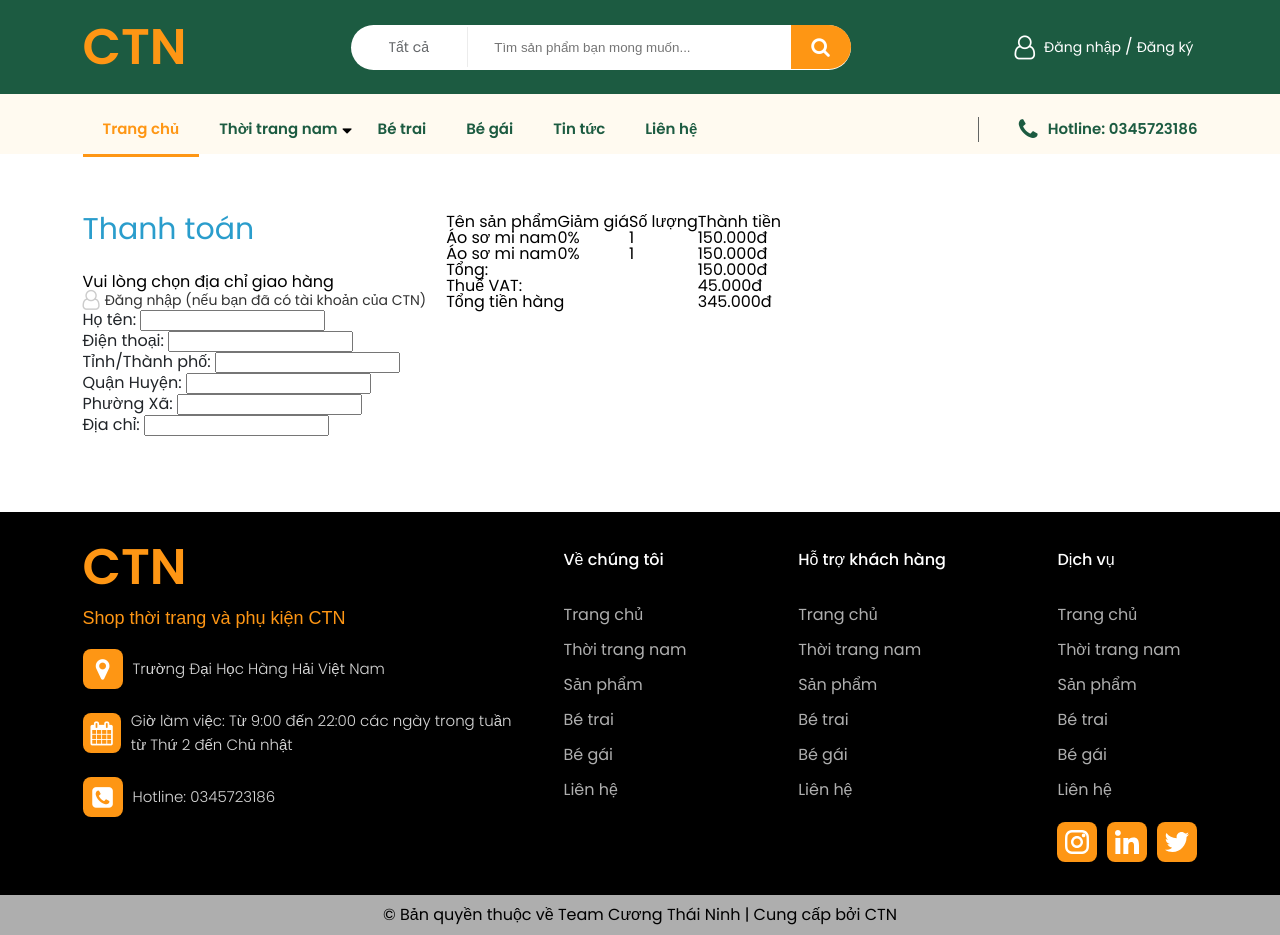
Repository: cuongchua2k2/BaiTapLon-web
Page: deliver.html
These files come from the project's save history. The page is drawn as it stood at one moment and after the next save; the edit follows.
The browser window is 1280 px wide. The pictures show the whole page.

Above is the page before, as saved 2023-12-23 14:22:12.
Console error: TypeError: Cannot read properties of null (reading 'style')

### deliver.html
<!DOCTYPE html>
<html lang="en">
  <head>
    <meta charset="UTF-8" />
    <meta name="viewport" content="width=device-width, initial-scale=1.0" />
    <!-- reset css -->
    <link rel="stylesheet" href="./assets/css/reset.css" />
    <!-- style css -->
    <link rel="stylesheet" href="./assets/css/style.css" />
    <!-- icon -->
    <link
      rel="stylesheet"
      href="https://cdnjs.cloudflare.com/ajax/libs/font-awesome/4.7.0/css/font-awesome.min.css"
    />
    <!-- font  -->
    <link rel="stylesheet" href="./assets/font/stylesheet.css" />
    <title>Bài tập lớn - shop bán quần áo</title>
    <script src="./assets/javascript/app.js"></script>
  </head>
  <body>
    <!-- header -->
    <div id="home"></div>
    <header>
      <div id="header">
        <div class="content">
          <!-- header-nav -->
          <div class="nav">
            <div class="nav__logo">
              <a href="./index.html"><span class="logo__content">CTN</span></a>
            </div>
            <!-- search -->
            <div class="nav__search">
              <p class="nav__desc">Tất cả</p>
              <input
                type="text"
                class="nav__txtsearch"
                placeholder="Tìm sản phẩm bạn mong muốn..."
              />
              <button class="nav__btn--search">
                <i class="fa fa-search" style="font-size: 20px"></i>
              </button>
            </div>
            <!-- login -->
            <div class="login">
              <i
                class="fa fa-user-o"
                style="font-size: 24px; color: #fff; margin-right: 5px"
              ></i>
              <a href="#!" class="btn btn-login">Đăng nhập</a>
              <span style="color: #fff">/</span>
              <a href="#!" class="btn btn-create">Đăng ký</a>
            </div>
          </div>
        </div>
      </div>
      <!-- navbar -->
      <div class="navbar">
        <div class="content navbar__content">
          <ul class="navbar__lv1">
            <li>
              <a href="./index.html" class="active lv1__item">Trang chủ</a>
            </li>
            <li class="lv2">
              <a href="#!" class="lv1__item">Thời trang nam</a>
              <i class="fa fa-sort-desc arrow"></i>
              <ul class="navbar__lv2">
                <li>
                  <a href="#!" class="lv1__item">Sơ mi nam</a>
                </li>
                <li>
                  <a href="#!" class="lv1__item">Quần âu nam</a>
                </li>
                <li>
                  <a href="#!" class="lv1__item">Quần short nam</a>
                </li>
              </ul>
            </li>
            <li>
              <a href="#!" class="lv1__item">Bé trai</a>
            </li>
            <li>
              <a href="#!" class="lv1__item">Bé gái</a>
            </li>
            <li>
              <a href="#!" class="lv1__item">Tin tức</a>
            </li>
            <li>
              <a href="#!" class="lv1__item">Liên hệ</a>
            </li>
          </ul>
          <div class="horizontal"></div>
          <a href="tel:0345723186" class="hotline">
            <i class="fa fa-phone" style="font-size: 24px; color: #1c5b41"></i>
            <span class="hotline__desc">Hotline: 0345723186</span>
          </a>
        </div>
      </div>
    </header>
    <!-- main delivery -->
    <main>
      <div class="delivery">
        <div class="content">
          <!-- left -->
          <div class="delivery__left">
            <h1 class="delivery__title">Thanh toán</h1>
            <p class="delivery__desc">Vui lòng chọn địa chỉ giao hàng</p>
            <div class="login">
              <i
                class="fa fa-user-o"
                style="font-size: 20px; color: #ccc; margin-right: 5px"
              ></i>
              <a href="#!" class="btn delivery__login"
                >Đăng nhập (nếu bạn đã có tài khoản của CTN)</a
              >
            </div>
            <div class="delivery__address">
              <!-- item 1 -->
              <div class="delivery__address__item">
                <label for="">Họ tên:</label>
                <input type="text" />
              </div>
              <!-- item 2 -->
              <div class="delivery__address__item">
                <label for="">Điện thoại:</label>
                <input type="text" />
              </div>
              <!-- item 3 -->
              <div class="delivery__address__item">
                <label for="">Tỉnh/Thành phố:</label>
                <input type="text" />
              </div>
              <!-- item 4 -->
              <div class="delivery__address__item">
                <label for="">Quận Huyện:</label>
                <input type="text" />
              </div>
              <!-- item 5 -->
              <div class="delivery__address__item">
                <label for="">Phường Xã:</label>
                <input type="text" />
              </div>
              <!-- item 6 -->
              <div class="delivery__address__item">
                <label for="">Địa chỉ:</label>
                <input type="text" />
              </div>
            </div>
            <!-- quay lại giỏ hàng -->
            <div class="delivery__cta">
              <a href="" class="btn back__cart">&lt;&lt;Quay lại giỏ hàng</a>
              <a href="" class="btn delivery__buy">Thanh toán và giao hàng</a>
            </div>
          </div>
          <!-- .delivery right -->
          <div class="delivery__right">
            <table>
              <tr>
                <th>Tên sản phẩm</th>
                <th>Giảm giá</th>
                <th>Số lượng</th>
                <th>Thành tiền</th>
              </tr>
              <tr>
                <td>Áo sơ mi nam</td>
                <td>0%</td>
                <td>1</td>
                <td>150.000<sub>đ</sub></td>
              </tr>
              <tr>
                <td>Áo sơ mi nam</td>
                <td>0%</td>
                <td>1</td>
                <td>150.000<sub>đ</sub></td>
              </tr>
              <tr>
                <td colspan="3">Tổng:</td>
                <td>150.000<sub>đ</sub></td>
              </tr>
              <tr>
                <td colspan="3">Thuế VAT:</td>
                <td>45.000<sub>đ</sub></td>
              </tr>
              <tr>
                <td colspan="3">Tổng tiền hàng</td>
                <td>345.000<sub>đ</sub></td>
              </tr>
            </table>
          </div>
        </div>
      </div>
    </main>
    <!-- footer -->
    <footer>
      <div class="footer-body">
        <div class="content footer__content">
          <div class="footer__left">
            <div class="nav__logo">
              <a href="./index.html"><span class="logo__content">CTN</span></a>
            </div>
            <p class="logo__desc">Shop thời trang và phụ kiện CTN</p>
            <div class="info-shop">
              <!-- location -->
              <i
                class="fa fa-map-marker info__icon"
                style="font-size: 24px"
              ></i>
              <span class="info-shop__desc"
                >Trường Đại Học Hàng Hải Việt Nam</span
              >
            </div>
            <!-- work time -->
            <div class="info-shop">
              <i class="fa fa-calendar info__icon" style="font-size: 24px"></i>
              <span class="info-shop__desc"
                >Giờ làm việc: Từ 9:00 đến 22:00 các ngày trong tuần từ Thứ 2
                đến Chủ nhật</span
              >
            </div>
            <!-- hotline -->
            <div class="info-shop">
              <i
                class="fa fa-phone-square info__icon"
                style="font-size: 24px"
              ></i>
              <a href="tel:0345723186" class="info-shop__desc"
                >Hotline: 0345723186</a
              >
            </div>
          </div>
          <div class="footer__right">
            <!-- menu 1 -->
            <ul class="menu">
              <li class="menu__title">Về chúng tôi</li>
              <li class="menu__item">
                <a href="./index.html">Trang chủ</a>
              </li>
              <li class="menu__item">
                <a href="#!">Thời trang nam</a>
              </li>
              <li class="menu__item">
                <a href="#!">Sản phẩm</a>
              </li>
              <li class="menu__item">
                <a href="#!">Bé trai</a>
              </li>
              <li class="menu__item">
                <a href="#!">Bé gái</a>
              </li>
              <li class="menu__item">
                <a href="#!">Liên hệ</a>
              </li>
            </ul>
            <!-- menu 2 -->
            <ul class="menu">
              <li class="menu__title">Hỗ trợ khách hàng</li>
              <li class="menu__item">
                <a href="./index.html">Trang chủ</a>
              </li>
              <li class="menu__item">
                <a href="#!">Thời trang nam</a>
              </li>
              <li class="menu__item">
                <a href="#!">Sản phẩm</a>
              </li>
              <li class="menu__item">
                <a href="#!">Bé trai</a>
              </li>
              <li class="menu__item">
                <a href="#!">Bé gái</a>
              </li>
              <li class="menu__item">
                <a href="#!">Liên hệ</a>
              </li>
            </ul>
            <!-- menu 3 -->
            <ul class="menu">
              <li class="menu__title">Dịch vụ</li>
              <li class="menu__item">
                <a href="./index.html">Trang chủ</a>
              </li>
              <li class="menu__item">
                <a href="#!">Thời trang nam</a>
              </li>
              <li class="menu__item">
                <a href="#!">Sản phẩm</a>
              </li>
              <li class="menu__item">
                <a href="#!">Bé trai</a>
              </li>
              <li class="menu__item">
                <a href="#!">Bé gái</a>
              </li>
              <li class="menu__item">
                <a href="#!">Liên hệ</a>
              </li>
              <li class="social-network">
                <a href="#!"
                  ><img
                    src="./assets/img/Instagram.svg"
                    alt=""
                    class="info__icon"
                /></a>
                <a href="#!"
                  ><img
                    src="./assets/img/linked_in.svg"
                    alt=""
                    class="info__icon"
                /></a>
                <a href="#!"
                  ><img
                    src="./assets/img/twitter.svg"
                    alt=""
                    class="info__icon"
                /></a>
              </li>
            </ul>
          </div>
        </div>
      </div>
      <div class="exclusive">
        <span class="exclusive__desc"
          >© Bản quyền thuộc về Team Cương Thái Ninh | Cung cấp bởi CTN
        </span>
      </div>
    </footer>
  </body>
</html>

### assets/css/style.css
:root {
  --primary-color: #fe9614;
}

* {
  box-sizing: border-box;
}

html,
body {
  scroll-behavior: smooth;
}

html {
  font-size: 62.5%;
}

body {
  font-family: "Poppins", sans-serif;
  font-size: 1.6rem;
  /* height: 5000px; */
}

/* =====================common ======================*/

a {
  text-decoration: none;
}

.content {
  width: 1115px;
  max-width: calc(100% - 48px);
  margin: 0px auto;
}

.btn {
  text-decoration: none;
  color: #fff;
  font-size: 1.4rem;
  font-weight: 400;
}

.btn:hover {
  opacity: 0.7;
  color: var(--primary-color);
}

/* =====================header========================= */

/* =========== header nav===============*/

header {
  position: sticky;
  top: -95px;
  z-index: 1;
}

#header {
  padding: 22px 0;
  background-color: #1c5b41;
}

.nav {
  display: flex;
  justify-content: space-between;
  align-items: center;
}

.logo__content {
  font-size: 5rem;
  font-weight: 600;
  color: var(--primary-color);
}

.nav__search {
  height: 45px;
  width: 500px;
  padding: 4px 0;
  display: flex;
  justify-content: space-between;
  align-items: center;
  background-color: #fff;
  border-radius: 999px;
}

.nav__desc {
  opacity: 0.7;
  padding: 13px 38px;
  font-size: 1.4rem;
  color: #212529;
  font-weight: 400;
  border-right: 1px solid #e5e5e5;
}

.nav__txtsearch {
  outline: none;
  width: 300px;
  height: 40px;
  padding: 15px;
  border: none;
}

.nav__btn--search {
  cursor: pointer;
  height: 44px;
  width: 60px;
  border-radius: 0 40px 40px 0;
  color: #fff;
  background: var(--primary-color);
  border: var(--primary-color);
}

.nav__btn--search:hover {
  background-color: #fff;
  color: var(--primary-color);
}

.login {
  display: flex;
  align-items: center;
}

.btn-login,
.btn-create {
  padding: 8px 4px;
}

/* ===========navbar=============== */

.navbar {
  background-color: #fffaf0;
  padding: 5px 10px;
  height: 60px;
}

.navbar__content {
  display: flex;
  align-items: center;
  justify-content: space-between;
  line-height: 60px;
}

.horizontal {
  height: 25px;
  opacity: 0.7;
  width: 1px;
  background-color: #212529;
  margin-left: auto;
}

.navbar__lv1 {
  display: flex;
}

.lv1__item {
  padding: 15px 20px;
  font-weight: 600;
  font-size: 1.5rem;
  color: #1c5b41;
}

.lv1__item:hover {
  color: var(--primary-color);
}

.hotline {
  display: flex;
  align-items: center;
  margin-left: 40px;
}

.hotline__desc {
  margin-left: 10px;
  font-weight: 600;
  font-size: 1.5rem;
  color: #1c5b41;
}

.hotline__desc:hover {
  color: var(--primary-color);
}

.lv2 {
  position: relative;
}

.navbar__lv2 {
  display: none;
  margin-top: -7px;
  position: absolute;
  background-color: #fff;
  min-width: 200px;
  transform: perspective(600px) rotateX(0deg);
  z-index: 1;
}

.navbar__lv2 > li:not(:first-child) {
  border-top: 1px solid #666;
}

.navbar__lv2 > li > .lv1__item {
  display: inline-block;
  padding: 0 30px;
}

.lv2:hover .navbar__lv2 {
  display: block;
}

.arrow {
  position: absolute;
  top: 20px;
  right: 6px;
}

.lv1__item.active {
  color: var(--primary-color);
  border-bottom: 3px solid var(--primary-color);
}

/* ======================================main================== */

/* ==================banner================ */

.banner {
  background-color: #9f9b8f;
}

.banner__content {
  position: relative;
  overflow: hidden;
}

.banner__list {
  display: flex;
  transition: all 0.5s ease-in-out;
}

.banner__image {
  display: block;
  width: 100%;
  object-fit: cover;
  background-size: cover;
}

.dot__list {
  position: absolute;
  left: 50%;
  bottom: 0;
}

.dot {
  cursor: pointer;
  display: inline-block;
  height: 10px;
  width: 10px;
  border-radius: 50%;
  background-color: #6c757d;
}

.dot__active {
  background-color: var(--primary-color);
}

.dot:hover {
  background-color: var(--primary-color);
}

/* sale */

.sale {
  background-color: var(--primary-color);
}

.sale__image {
  width: 100%;
}

/* ===============product-hot============== */

.product-hot {
  padding: 50px 0;
  background-color: #fffaf0;
}

.title-section {
  position: relative;
  margin-bottom: 60px;
  font-family: "Montserrat", sans-serif;
  font-weight: 700;
  letter-spacing: 0;
  font-size: 4rem;
  color: #1c5b41;
}

.title-section::before {
  position: absolute;
  top: -20px;
  display: inline-block;
  content: "";
  height: 3px;
  width: 110px;
  background-color: var(--primary-color);
}

.product__list {
  width: 100%;
  display: flex;
  /* justify-content: space-between; */
  flex-wrap: wrap;
  gap: 25px 25px;
}

.product__image {
  height: 200px;
  width: 200px;
  object-fit: cover;
  border-radius: 10px;
}

.product__desc {
  margin: 10px 0;
  overflow: hidden;
  white-space: nowrap;
  color: #454545;
  font-weight: 300;
  font-size: 1.4rem;
  line-height: 20px;
}

.price {
  font-size: 1.6rem;
  line-height: 20px;
  color: var(--primary-color);
}

.cta {
  text-align: center;
  margin-top: 60px;
}

.btn__view-all {
  display: inline-block;
  padding: 20px 70px;
  font-weight: 700;
  font-size: 1.8rem;
  line-height: 22px;
  color: #fff;
  background: #1c5b41;
  border-radius: 10px;
}

.btn__view-all:hover {
  opacity: 1;
  background-color: var(--primary-color);
  color: #fff;
}

/*==================== product new================= */

.product-new {
  padding: 90px 0;
}

.product-new__body {
  display: flex;
  justify-content: space-between;
  align-items: flex-start;
}

.body__left {
  width: 40%;
}

.body__right {
  margin-left: 30px;
  width: 60%;
}

.product-new__image {
  width: 100%;
  height: 545px;
  object-fit: cover;
  border-radius: 10px;
}

/*=========================== product same price========================== */

.same-price {
  background-color: #1c5b41;
  padding: 60px 0;
}

.same-price__banner {
  width: 100%;
  height: auto;
  border-radius: 10px;
  margin-bottom: 20px;
}

.same-price__title {
  color: #fff;
}

.btn__same-price {
  display: inline-block;
  padding: 20px 70px;
  font-weight: 700;
  font-size: 1.8rem;
  line-height: 22px;
  color: #fff;
  background: var(--primary-color);
  border-radius: 10px;
}

.btn__same-price:hover {
  opacity: 1;
  background-color: #fff;
  color: var(--primary-color);
}

.same-price__desc {
  color: #fff !important;
}

.product__item {
  position: relative;
}

.buy-product {
  display: none;
  width: 100%;
  padding: 7px;
  position: absolute;
  top: 163px;
  border-radius: 0 0 10px 10px;
  background-color: #6c757d;
}

.product__item:hover .buy-product {
  display: inline-flex;
  align-items: center;
  justify-content: center;
}

.buy-product:hover {
  background-color: var(--primary-color);
}

.buy-product__desc {
  color: #fff;
  font-size: 1.4rem;
  margin-left: 3px;
}

/* ==============good price====================== */

.good-price {
  background-color: #fffaf0;
}

/* ============all local brand */

.brand__img {
  width: 100%;
  object-fit: cover;
}

/* ===========================footer======================= */

.footer-body {
  padding: 30px 0;
  background-color: #000;
}
.footer__content {
  display: flex;
  align-items: flex-start;
}

.footer__left {
  width: 40%;
  margin-right: 35px;
}

.logo__desc {
  font-family: "Montserrat", sans-serif;
  font-weight: 500;
  font-size: 1.8rem;
  line-height: 22px;
  color: #fe9614;
  margin-top: 15px;
}

.info-shop {
  margin-top: 20px;
  display: flex;
  align-items: center;
}

.info__icon {
  text-align: center;
  width: 40px;
  height: 40px;
  padding: 8px;
  line-height: 40px;
  border-radius: 8px;
  color: #fff;
  background-color: var(--primary-color);
}

.info-shop__desc {
  margin-left: 10px;
  font-size: 1.5rem;
  line-height: 1.6;
  color: #ffffffd6;
  font-weight: 300;
}

.footer__right {
  width: calc(60% - 35px);
  display: flex;
  justify-content: space-between;
  gap: 0 20px;
}

.menu__title {
  font-weight: 500;
  font-size: 1.6rem;
  line-height: 35px;
  color: #ffffff;
  margin-bottom: 20px;
}

.menu__item > a {
  font-weight: 400;
  font-size: 1.6rem;
  line-height: 35px;
  color: #aeaeae;
}

.menu__item > a:hover {
  color: var(--primary-color);
}

.social-network {
  margin-top: 15px;
  display: flex;
  gap: 10px;
}

.exclusive {
  background-color: #aeaeae;
  padding: 12px 0;
  text-align: center;
}

/* ==================================category========================== */

.category {
  padding: 60px 0;
}

.category__nav {
  display: flex;
  align-items: center;
  gap: 0 20px;
  margin-bottom: 30px;
}

.category__nav__home {
  color: #333;
  font-size: 1.4rem;
}

.category__desc {
  font-size: 1.4rem;
  text-shadow: 1px 0 0 #1c5b41;
}

.category__nav__home:hover,
.category__desc-home:hover {
  text-shadow: 1px 0 0 #1c5b41;
}

/* ================product==================== */

.product {
  padding: 60px 0;
}

.category__desc-home {
  color: #333;
  text-shadow: none;
}

.product-content {
  font-family: "Montserrat", sans-serif;
  display: flex;
  align-items: flex-start;
  justify-content: space-between;
  gap: 0 30px;
}

.product-left,
.product-right {
  width: 50%;
}

.product-big-image {
  border-radius: 10px;
  width: 100%;
  height: auto;
  object-fit: cover;
}

.product-title {
  font-weight: 600;
  font-size: 2.2rem;
  line-height: 27px;
  color: #000000;
  margin-bottom: 10px;
}

.product__desc {
  font-weight: 500;
  font-size: 1.5rem;
  line-height: 18px;
  color: #484848;
  margin-bottom: 20px;
}

.product__price {
  font-weight: 700;
  font-size: 2.8rem;
  line-height: 34px;
  text-transform: uppercase;
  color: #ff6563;
}

.row {
  display: flex;
  align-items: center;
  margin-top: 30px;
  gap: 0 20px;
}

.product__icon {
  width: 55px;
  height: 55px;
}

.product__info__desc {
  display: block;
  font-weight: 700;
  font-size: 1.6rem;
  line-height: 162.9%;
  color: #484848;
}

.product__info__sub {
  display: block;
  width: 100%;
  font-weight: 500;
  font-size: 1.6rem;
  line-height: 162.9%;
  color: #484848;
}

.cta-buy-product {
  margin-top: 30px;
}

.choose-quantity {
  display: inline-block;
  border: 1px solid #cfcdc6;
  border-collapse: collapse;
  border-radius: 3px;
}

.minus-quantity,
.add-quantity {
  cursor: pointer;
  padding: 10px 15px;
  color: #ee4f83;
  border: none;
}

.txt-quantity {
  border: 1px solid #cfcdc6;
  text-align: center;
  outline: none;
  border: none;
}
label {
  font-size: 1.6rem;
  color: #212529;
}

.button {
  margin-top: 30px;
}

.buy-now,
.add-cart {
  border-radius: 10px;
  font-size: 1.6rem;
  max-width: 370px;
  margin-top: 10px;
  text-align: center;
  display: block;
  background-color: #1c5b41;
  padding: 20px;
}

.add-cart {
  background-color: #fff;
  color: #1c5b41;
  border: 1px solid #1c5b41;
}

.buy-now:hover,
.add-cart:hover {
  background-color: var(--primary-color);
  color: #fff;
  border: none;
}

/* ====================cart=================== */

.cart {
  padding: 60px 0;
}

.cart__body {
  margin-top: 100px;
}

.cart__body table {
  width: 100%;
  text-align: center;
}

.cart__product td {
  padding: 20px 0;
  border-bottom: 2px solid #dddddd;
  vertical-align: middle;
}

.cart__product input {
  width: 50px;
}

.cart__product span {
  display: block;
  width: 20px;
  height: 20px;
  line-height: 20px;
  border: 1px solid #dddddd;
  text-align: center;
  cursor: pointer;
  margin: 0px auto;
}

.cart__product span:hover {
  color: #fff;
  background-color: #1c5b41;
}

.cart__image {
  width: 110px;
  height: 110px;
  object-fit: cover;
}

.cart__header {
  text-align: center;
  padding-bottom: 30px;
  font-size: 12px;
  text-transform: uppercase;
  color: #333;
  border-bottom: 2px solid #dddddd;
  border-collapse: collapse;
}

.cart__bottom {
  text-align: right;
  margin-left: auto;
}

.cart__bottom > .row {
  justify-content: flex-end;
  gap: 0 100px;
}

.buy__done {
  margin-top: 20px;
  display: inline-block;
  border-radius: 10px;
  background-color: #1c5b41;
  text-align: center;
  width: 250px;
  padding: 15px;
}

/* ====================delivery======================= */

.delivery {
  padding: 60px 0;
}

.delivery > .content {
  display: flex;
  gap: 0 20px;
}

.delivery__title {
  color: #2a9dcc;
  font-size: 3rem;
}

.delivery__desc {
  font-size: 1.6rem;
  margin-top: 30px;
}

.delivery__login {
  color: #333;
}

Loaded but not shown: assets/css/reset.css (common file); assets/javascript/app.js (42 lines, source omitted); assets/font/stylesheet.css (161 lines, source omitted)

After the next save:
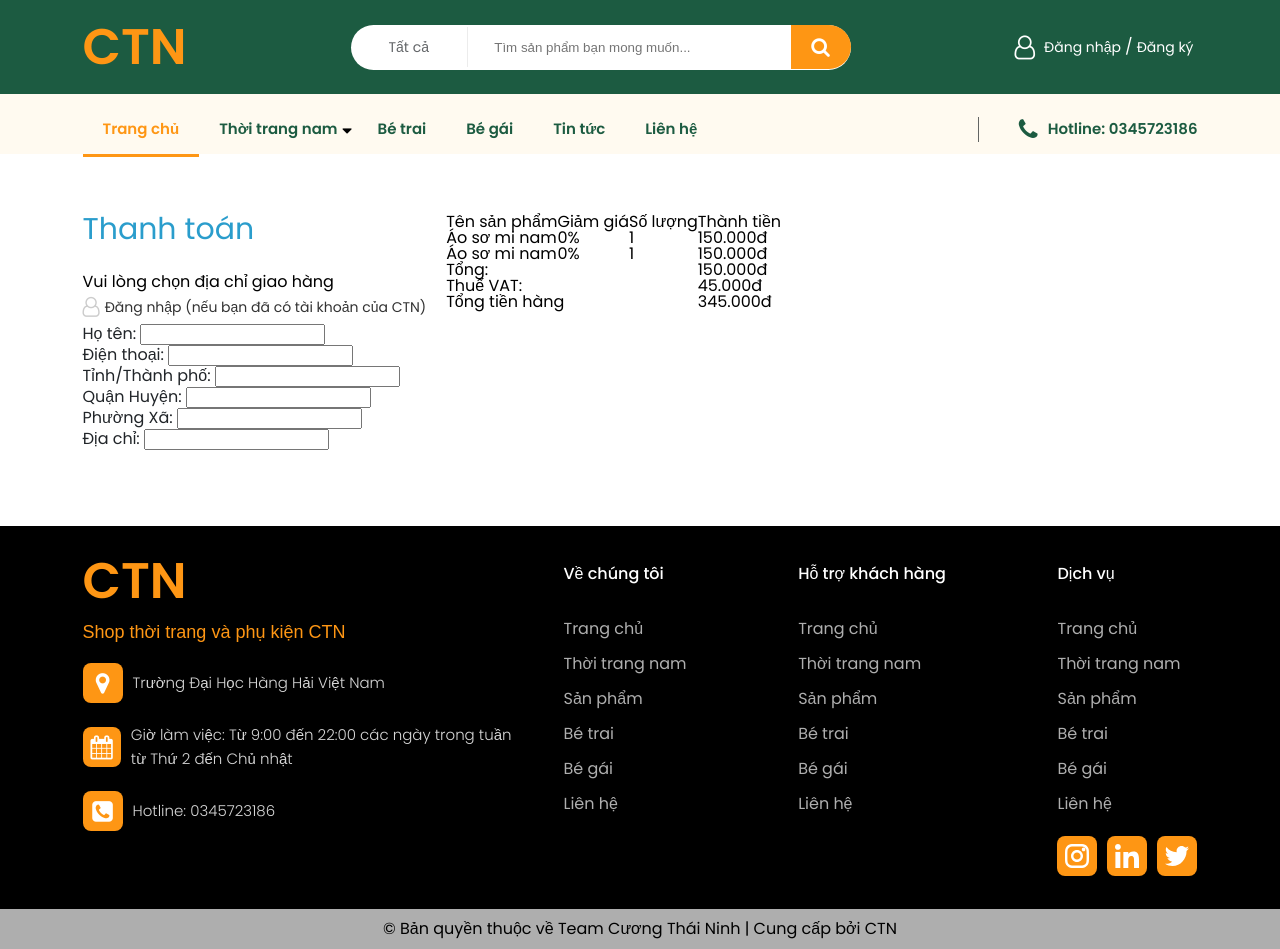
Saved 23 s later.
--- a/assets/css/style.css
+++ b/assets/css/style.css
@@ -825,4 +825,5 @@ label {
 
 .delivery__login {
   color: #333;
-}
+  margin: 10px 0;
+}
